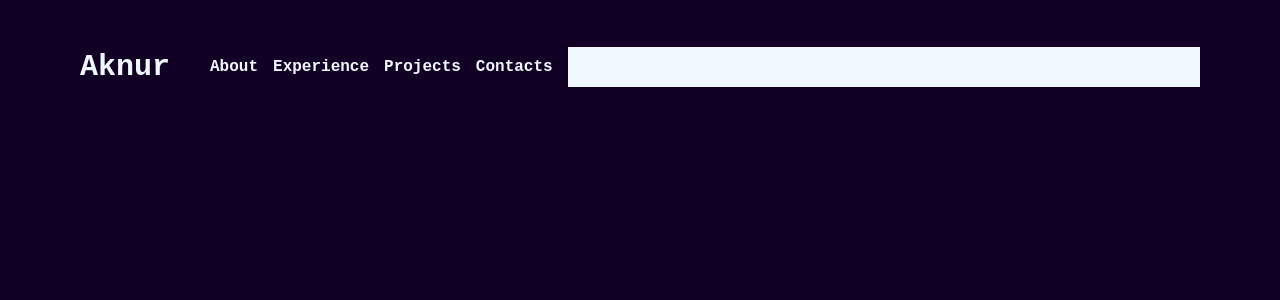
Repository: aknurkappar/nfactorial-portfolio-app-03-03-2022
Page: /
The author's editor kept a copy of each file at every save. The page is drawn from the files as they stood at one save, then again after a run of saves.
The browser window is 1280 px wide. The pictures show the whole page.
The project was rebuilt for these pictures with package versions that can differ from the ones it lists, and the page was loaded fresh each time. Also part of the build but not shown: src/App.css.

Above is the page before, as saved 2023-03-03 20:54:53.

### src/index.css
body {
  margin: 20px 80px;
  font-family: -apple-system, BlinkMacSystemFont, 'Segoe UI', 'Roboto', 'Oxygen',
    'Ubuntu', 'Cantarell', 'Fira Sans', 'Droid Sans', 'Helvetica Neue',
    sans-serif;
  -webkit-font-smoothing: antialiased;
  -moz-osx-font-smoothing: grayscale;
  font-family:'Courier New', Courier, monospace;
  font-weight: 700;
  color: aliceblue;
  background-color: #130125;
}

code {
  font-family: source-code-pro, Menlo, Monaco, Consolas, 'Courier New',
    monospace;
}

### src/App.js
import './App.css';
import { Header } from "./components/Header"

function App() {
  return (
    <>
    <Header />
    </>

  );
}

export default App;

### src/components/Header/index.js
import "./index.css"


 class Menu{
    constructor(name){
        this.name = name;
        this.isActive = false;
    }
 }

 const menues = [
    new Menu("About"),
    new Menu("Experience"),
    new Menu("Projects"),
    new Menu("Contacts"),
 ]


 export const Header = () => {
    return (
        <div className="header">
            <div></div>

            <p>Aknur</p>
            <ul className="menu-items">{
                menues.map(menu => (
                    <li>{menu.name}</li>
                ))
            }</ul>
            <div className="line"></div>

        </div>
    )
 }

### src/components/Header/index.css
.menu-items{
    display: flex;
    flex-direction: row;

}

.menu-items li{
    list-style-type: none;
    margin-right: 15px;
}

.header{
    display: flex;
    align-items: center;
    justify-content: space-between;
}

.header p{
    font-size: 30px;
}

.line{
    width: 100%;
    height: 40px;
    background-color: aliceblue;
}

Loaded but not shown: public/index.html (common file); src/index.js (common file)

After the next 2 saves:
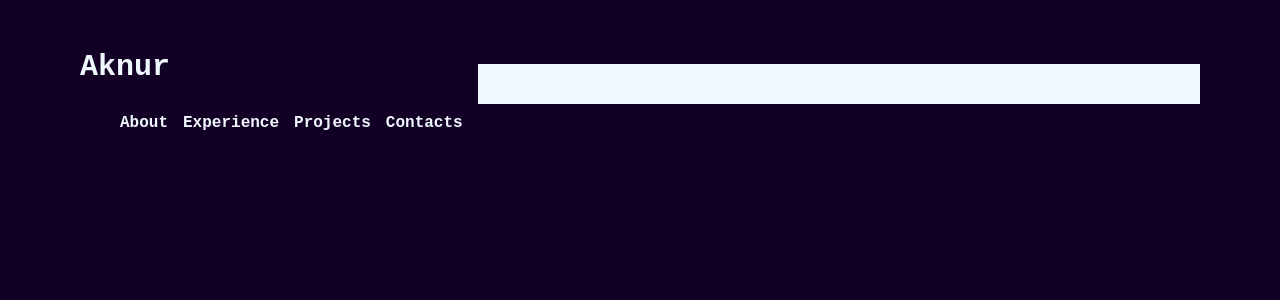
The 2 saves are shown as one change because they came seconds apart.
The last was saved 11 s later.
--- a/src/components/Header/index.js
+++ b/src/components/Header/index.js
@@ -19,7 +19,7 @@
  export const Header = () => {
     return (
         <div className="header">
-            <div></div>
+            <div>
 
             <p>Aknur</p>
             <ul className="menu-items">{
@@ -27,6 +27,7 @@
                     <li>{menu.name}</li>
                 ))
             }</ul>
+            </div>
             <div className="line"></div>
 
         </div>

After the 3 saves that followed:
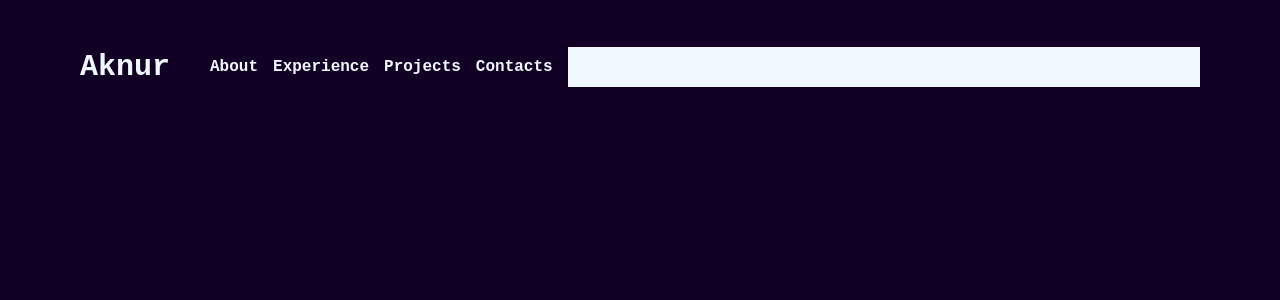
The 3 saves are shown as one change because 1 left the picture as it was and some came seconds apart.
The last was saved 22 s later.
--- a/src/components/Header/index.js
+++ b/src/components/Header/index.js
@@ -19,14 +19,13 @@
  export const Header = () => {
     return (
         <div className="header">
-            <div>
-
-            <p>Aknur</p>
-            <ul className="menu-items">{
-                menues.map(menu => (
-                    <li>{menu.name}</li>
-                ))
-            }</ul>
+            <div className="header">
+                <p>Aknur</p>
+                <ul className="menu-items">{
+                    menues.map(menu => (
+                        <li>{menu.name}</li>
+                    ))
+                }</ul>
             </div>
             <div className="line"></div>
 
